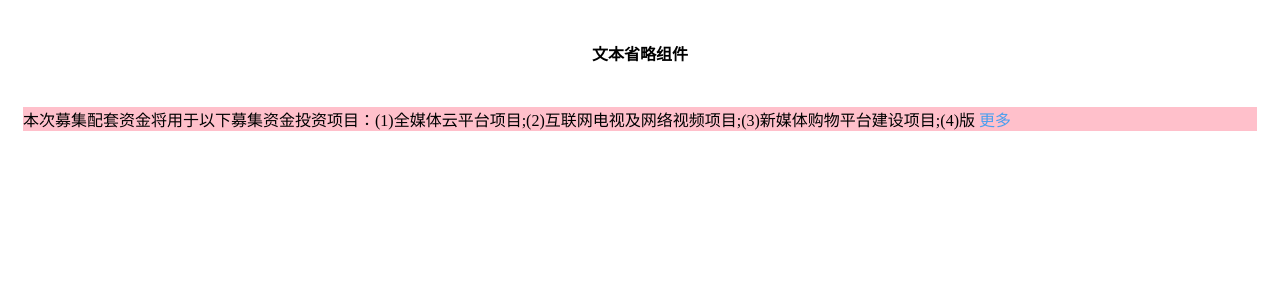
Repository: duanxiaoqi/qiui
Page: /
These files come from the project's save history. The page is drawn as it stood at one moment and after the next save; the edit follows.
The browser window is 1280 px wide. The pictures show the whole page.
The project was rebuilt for these pictures with package versions that can differ from the ones it lists, and the page was loaded fresh each time.

Above is the page before, as saved 2018-07-02 10:27:48.

After the next save:
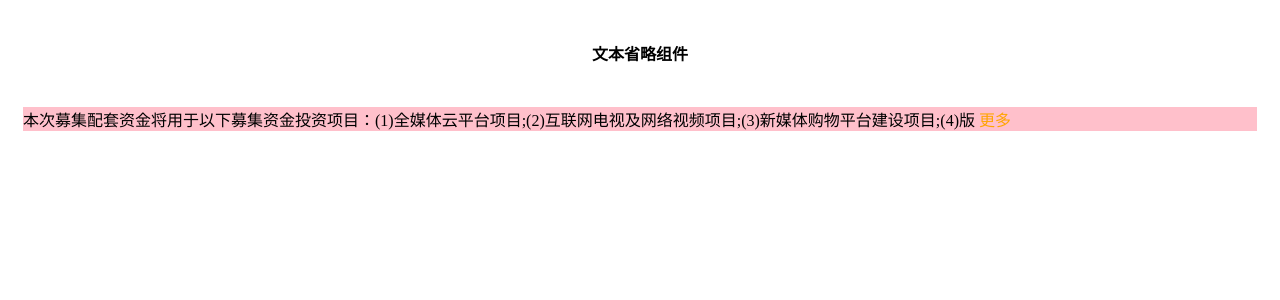
Saved 108 s later.
--- a/src/components/OmitText/omit-text.vue
+++ b/src/components/OmitText/omit-text.vue
@@ -21,7 +21,7 @@ export default {
     },
     color: {
       type: String,
-      default: '#4a9fef'
+      default: 'orange'
     },
     showTip: {
       type: String,
